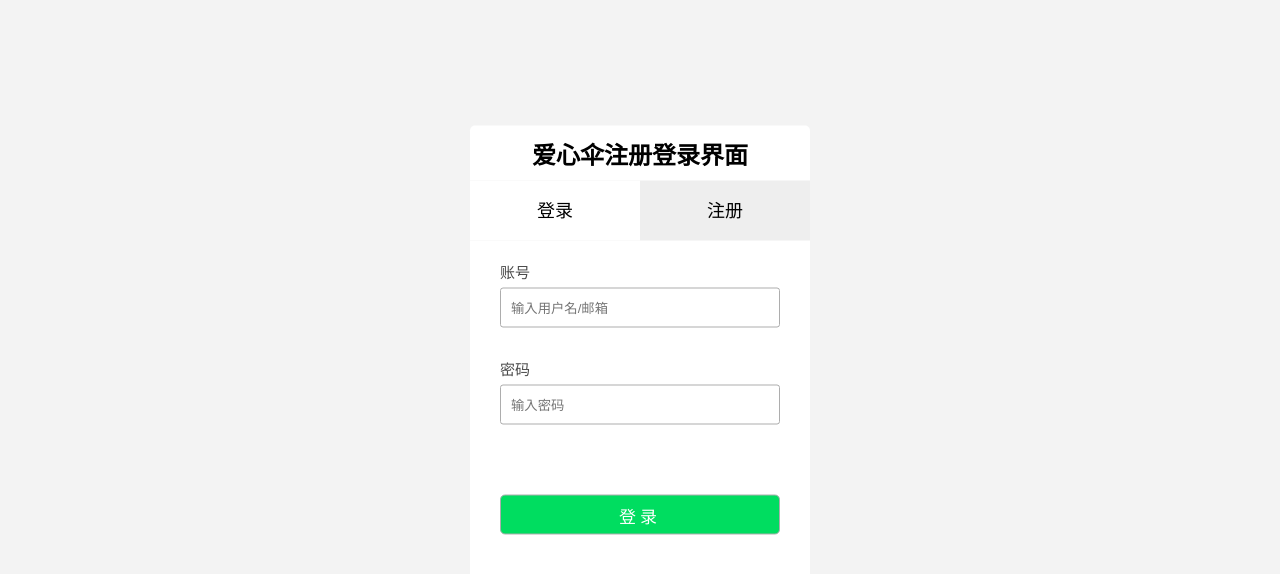
Repository: qxchuckle/LoveUmbrella
Page: index.html
An editor plug-in stored every save of this project. The page is shown before and after the next save, followed by the edit.
The browser window is 1280 px wide. The pictures show the whole page.

Above is the page before, as saved 2022-10-02 19:48:28.

### index.html
<!DOCTYPE html>
<html>
	<head>
		<meta charset="utf-8">
		<title>爱心伞注册登录界面</title>
		<link rel="stylesheet" type="text/css" href="index.css" />
	</head>
	<body>
		<div class="control">
            <h2>爱心伞注册登录界面</h2>
			<div class="item">
				<div class="active">登录</div><div>注册</div>
			</div>
			<p id="error_box"></p>
			<div class="content">
				<div style="display: block;">
					<p>账号</p>
					<input class="input1" type="text" placeholder="输入用户名/邮箱" />
					<p>密码</p>
					<input class="input2"  type="text" placeholder="输入密码" />
					<br/>
					<p id="loding_box"></p>
					<button class="btn1">登录</button>
				</div>
				<div>
					<p>用户名</p>
					<input class="input3"  type="text" placeholder="输入用户名" />
					<p>密码</p>
					<input class="input4"  type="text" placeholder="输入密码" />
					<p>邮箱</p>
					<input class="input5"  type="text" placeholder="输入邮箱" />
					<br/>
					<p id="loding_box"></p>
					<button class="btn2">注册</button>
				</div>
			</div>
		</div>









		<script src="index.js"></script>
	</body>
</html>

### index.css
*{
	margin: 0;
	padding: 0;
}
body{
	background: #f3f3f3;
}
.control{
	width: 340px;
	background: white;
	position: absolute;
	top: 50%;
	left: 50%;
	transform: translate(-50%,-50%);
	border-radius: 5px;
}
.control h2{
	text-align: center;
	padding: 10px;
}
.item{
	width: 340px;
	height: 60px;
	background: #eeeeee;
}
.item div{
	width: 170px;
	height: 60px;
	display: inline-block;
	color: black;
	font-size: 18px;
	text-align: center;
	line-height: 60px;
	cursor: pointer;
}
.content{
	width: 100%;
}
.content div{
	margin: 20px 30px;
	display: none;
	text-align: left;
}
p{
	color: #4a4a4a;
	margin-top: 30px;
	margin-bottom: 6px;
	font-size: 15px;
}
.content input[type="text"], .content input[type="password"]{
	width: 100%;
	height: 40px;
	border-radius: 3px;
	border: 1px solid #adadad;
	padding: 0 10px;
	box-sizing: border-box;
}
.content button{
	margin-top: 40px;
	width: 100%;
	height: 40px;
	border-radius: 5px;
	color: white;
	border: 1px solid #adadad;
	background: #00dd60;
	font-size: 17px;
	cursor: pointer;
	letter-spacing: 4px;
	margin-bottom: 40px;
}
.content button:hover{
	background: #36e2e2;
}
.content button:active{
	background: #fa5d5d;
}
.active{
	background: white;
}
.item div:hover{
	background: #f6f6f6;
}
#error_box{
	text-align: center;
	color: #fa5d5d;
	font-weight: 600;
	font-size: 17px;
	margin-top: 15px;
	margin-bottom: -10px;
}

### index.js
const btn1 = document.querySelector(".btn1");
const btn2 = document.querySelector(".btn2");
var oError = document.getElementById("error_box");
var oLoding = document.getElementById("loding_box");
const account1 = document.querySelector(".input1");
const password1 = document.querySelector(".input2");
const account2 = document.querySelector(".input3");
const password2 = document.querySelector(".input4");
const email = document.querySelector(".input5");
window.onload = function () {
	var item = document.getElementsByClassName("item");
	var it = item[0].getElementsByTagName("div");

	var content = document.getElementsByClassName("content");
	var con = content[0].getElementsByTagName("div");

	for (let i = 0; i < it.length; i++) {
		it[i].onclick = function () {
			for (let j = 0; j < it.length; j++) {
				it[j].className = '';
				con[j].style.display = "none";
			}
			this.className = "active";
			it[i].index = i;
			con[i].style.display = "block";
			oError.innerHTML = "";
		}
	}
}
function setCookies(obj, limitTime) {
	let data = new Date(new Date().getTime() + limitTime * 24 * 60 * 60 * 1000).toUTCString()
	for (let i in obj) {
		document.cookie = i + '=' + obj[i] + ';expires=' + data
	}
}
function getCookie(name) {
	var arr, reg = new RegExp("(^| )" + name + "=([^;]*)(;|$)");
	if (arr = document.cookie.match(reg))
		return unescape(arr[2]);
	else
		return null;
}
var cookieValue = getCookie('token');
//自动登录
// if (cookieValue) {
// 	fetch('自动登录接口', {
// 		method: "POST",
// 		body: JSON.stringify({ token: cookieValue }),
// 		headers: {
// 			"Content-Type": "application/json"
// 		},
// 	})
// 		.then(response => {
// 			if (response.ok) {
// 				return response.json();
// 			} else {
// 				return Promise.reject('QAQ出错啦');
// 			}
// 		})
// 		.then(data => {
// 			console.log(data);
// 			if (data.login) {
// 				oError.innerHTML = "自动登录成功";
// 				setCookies({
// 					name: '登录token',
// 					token: data.list.token,
// 				}, 7);
// 				if (window.location.href.indexOf('/zhuye/') == -1) {
// 					window.location.href = '/zhuye/';
// 				}
// 			} else {
// 				if (window.location.href.indexOf('/login/') == -1) {
// 					window.location.href = '/login/';
// 				}
// 			}
// 		});
// } else {
// 	if (window.location.href.indexOf('/login/') == -1) {
// 		window.location.href = '/login/';
// 	}
// }
//登录
btn1.addEventListener("click", function () {
	oError.innerHTML = "";
	if (account1.value.length > 20 || account1.value.length < 2) {
		oError.innerHTML = "账号请输入2-20位字符";
		return;
	}
	if (password1.value.length > 20 || password1.value.length < 6) {
		oError.innerHTML = "密码请输入6-20位字符"
		return;
	} else for (var i = 0; i < password1.value.charCodeAt(i); i++) {
		if ((password1.value.charCodeAt(i) < 48) || (password1.value.charCodeAt(i) > 57) && (password1.value.charCodeAt(i) < 97) || (password1.value.charCodeAt(i) > 122)) {
			oError.innerHTML = "密码必须为字母跟数字组成";
			return;
		}
	}
	oLoding.innerHTML = "<img src='loding.gif'>登录中";
	fetch('https://mock.apifox.cn/m1/1703731-0-default/login', {
		method: "POST",
		body: JSON.stringify({ account: account1.value, password: password1.value }),
		headers: {
			"Content-Type": "application/json"
		},
	})
		.then(response => {
			if (response.ok) {
				return response.json();
			} else {
				return Promise.reject('QAQ出错啦');
			}
		})
		.then(data => {
			console.log(data);
			oError.innerHTML = "登录成功";
			setCookies({
				name: '登录token',
				token: data.list.token,
			}, 7)
			window.location.href = '/zhuye/';
		});
});


//注册
btn2.addEventListener("click", function () {
	oError.innerHTML = "";
	if (account2.value.length > 20 || account2.value.length < 2) {
		oError.innerHTML = "账号请输入2-20位字符";
		return;
	}
	if (password2.value.length > 20 || password2.value.length < 6) {
		oError.innerHTML = "密码请输入6-20位字符"
		return;
	} else for (var i = 0; i < password2.value.charCodeAt(i); i++) {
		if ((password2.value.charCodeAt(i) < 48) || (password2.value.charCodeAt(i) > 57) && (password2.value.charCodeAt(i) < 97) || (password2.value.charCodeAt(i) > 122)) {
			oError.innerHTML = "密码必须为字母跟数字组成";
			return;
		}
	}
	var email_Regex = new RegExp('^.+@[A-Z0-9a-z]+\.[a-zA-Z]+$');
	if (!email_Regex.test(email.value)) {
		oError.innerHTML = "邮箱格式不正确";
		return;
	}
	oError.innerHTML = "注册成功";

	fetch('register.json', {
		method: "POST",
		body: JSON.stringify({ account: account2.value, password: password2.value, email: email.value }),
		headers: {
			"Content-Type": "application/json"
		},
	})
		.then(response => {
			if (response.ok) {
				return response.json();
			} else {
				return Promise.reject('QAQ出错啦');
			}
		})
		.then(data => {
			console.log(data);
			oError.innerHTML = "注册成功";
	     window.location.href = '/';
		});
});

After the next save:
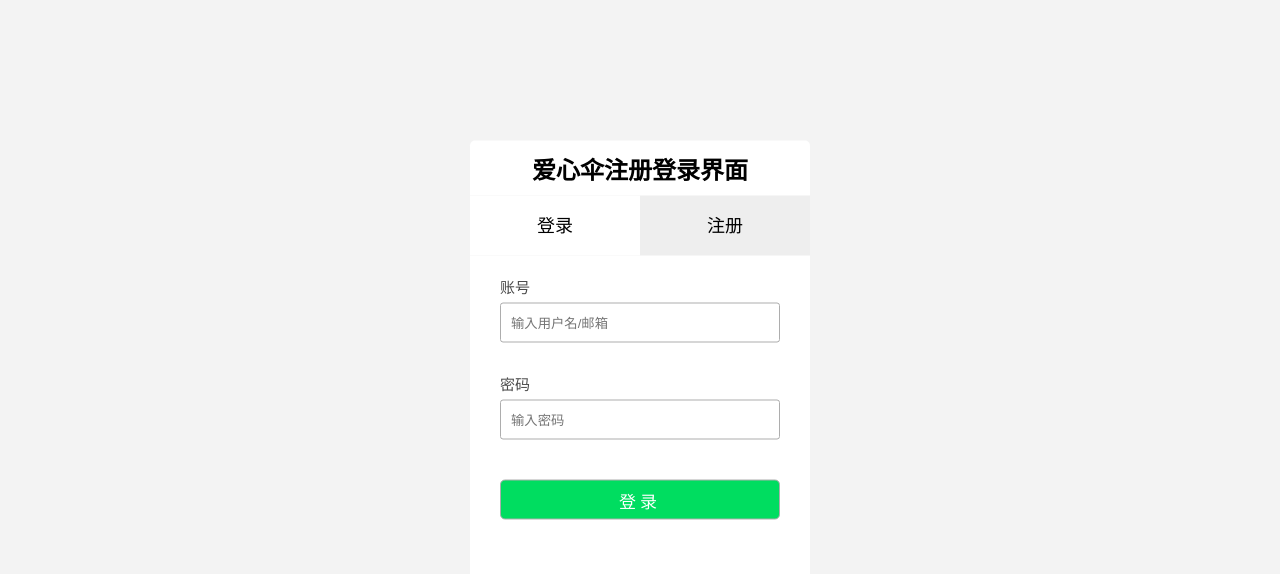
Saved 18 s later.
--- a/index.html
+++ b/index.html
@@ -19,7 +19,7 @@
 					<p>密码</p>
 					<input class="input2"  type="text" placeholder="输入密码" />
 					<br/>
-					<p id="loding_box"></p>
+					<div id="loding_box"></div>
 					<button class="btn1">登录</button>
 				</div>
 				<div>

After the save that followed:
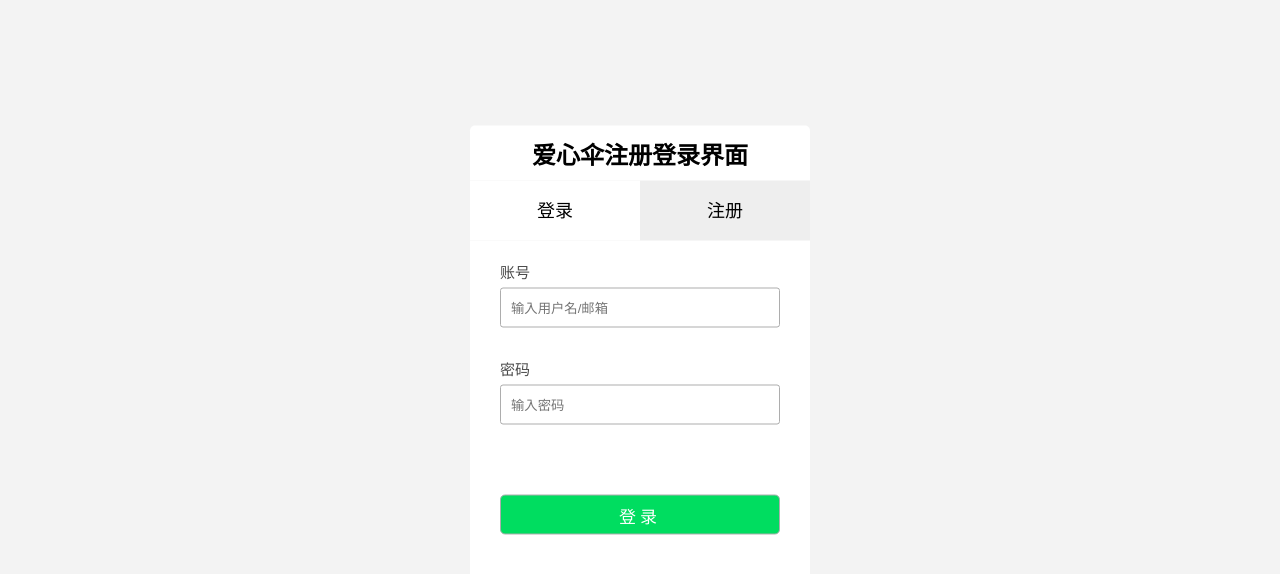
Saved 19 s later.
--- a/index.html
+++ b/index.html
@@ -19,7 +19,7 @@
 					<p>密码</p>
 					<input class="input2"  type="text" placeholder="输入密码" />
 					<br/>
-					<div id="loding_box"></div>
+					<p id="loding_box"></p>
 					<button class="btn1">登录</button>
 				</div>
 				<div>
